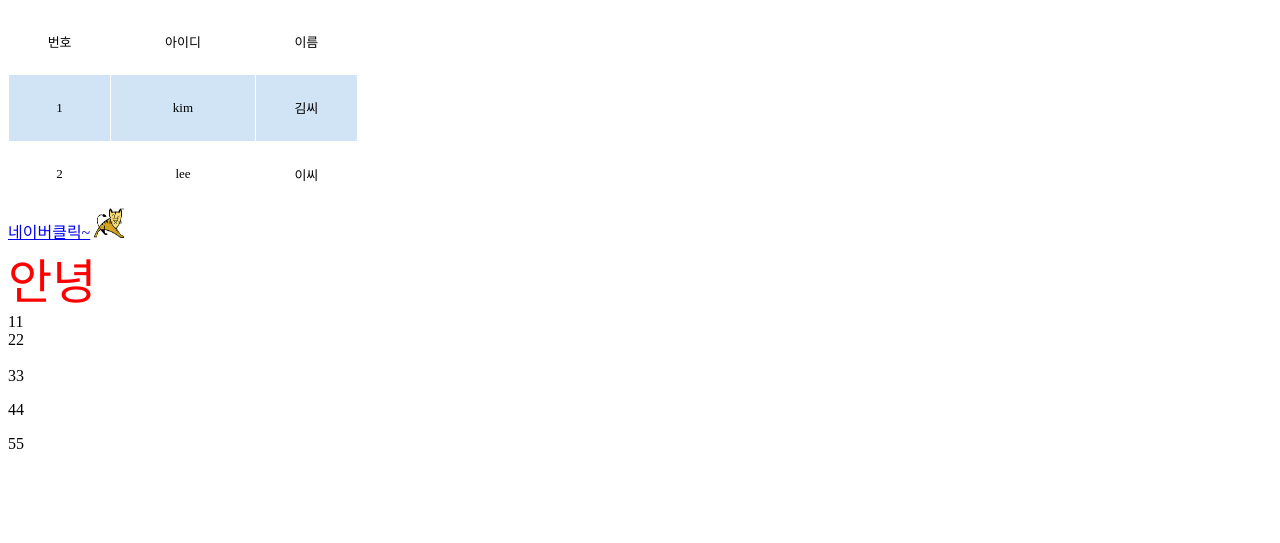
Repository: MinHyeJun/OpenSourceFramework
Page: web_prj/webapp/test.html
An editor plug-in stored every save of this project. The page is shown before and after the next save, followed by the edit.
The browser window is 1280 px wide. The pictures show the whole page.

Above is the page before, as saved 2018-06-26 02:31:14.

After the next save:
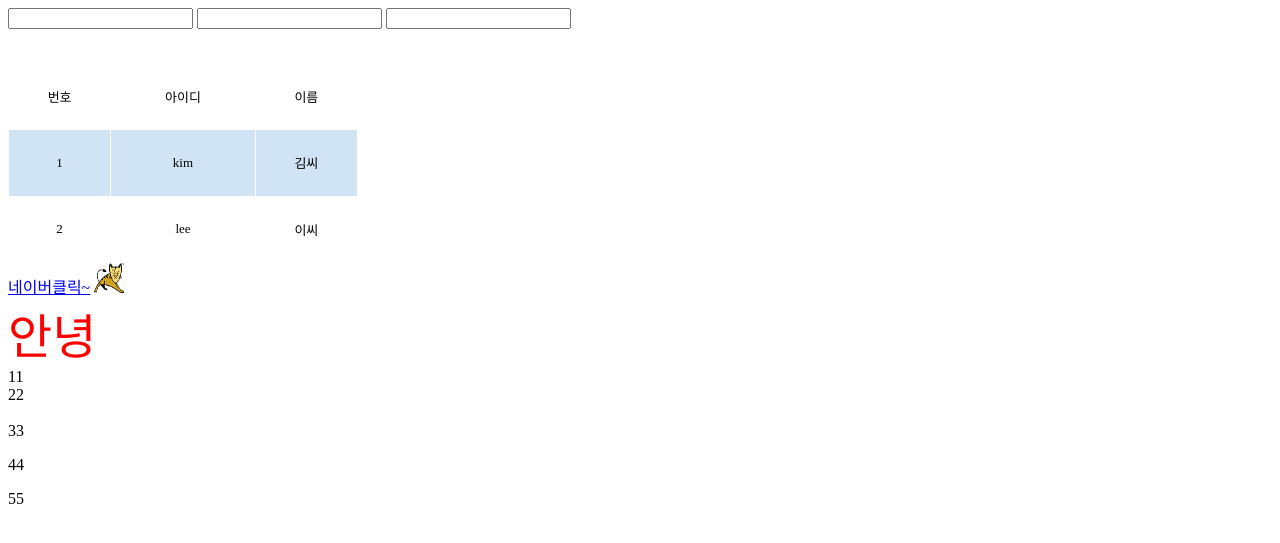
Saved 3 min 25 s later.
--- a/web_prj/webapp/test.html
+++ b/web_prj/webapp/test.html
@@ -50,6 +50,15 @@
 </style>
 </head>
 <body>
+<form>
+<input type="text" name="mid">
+<input type="password" name="mpw">
+<input type="text" name="">
+
+</form>
+
+
+<br>
 <table class="paleBlueRows"  width=300 height=100 border=1 cellpadding=0 cellspacing=0>
 	<tr>
 		<td>번호</td>
